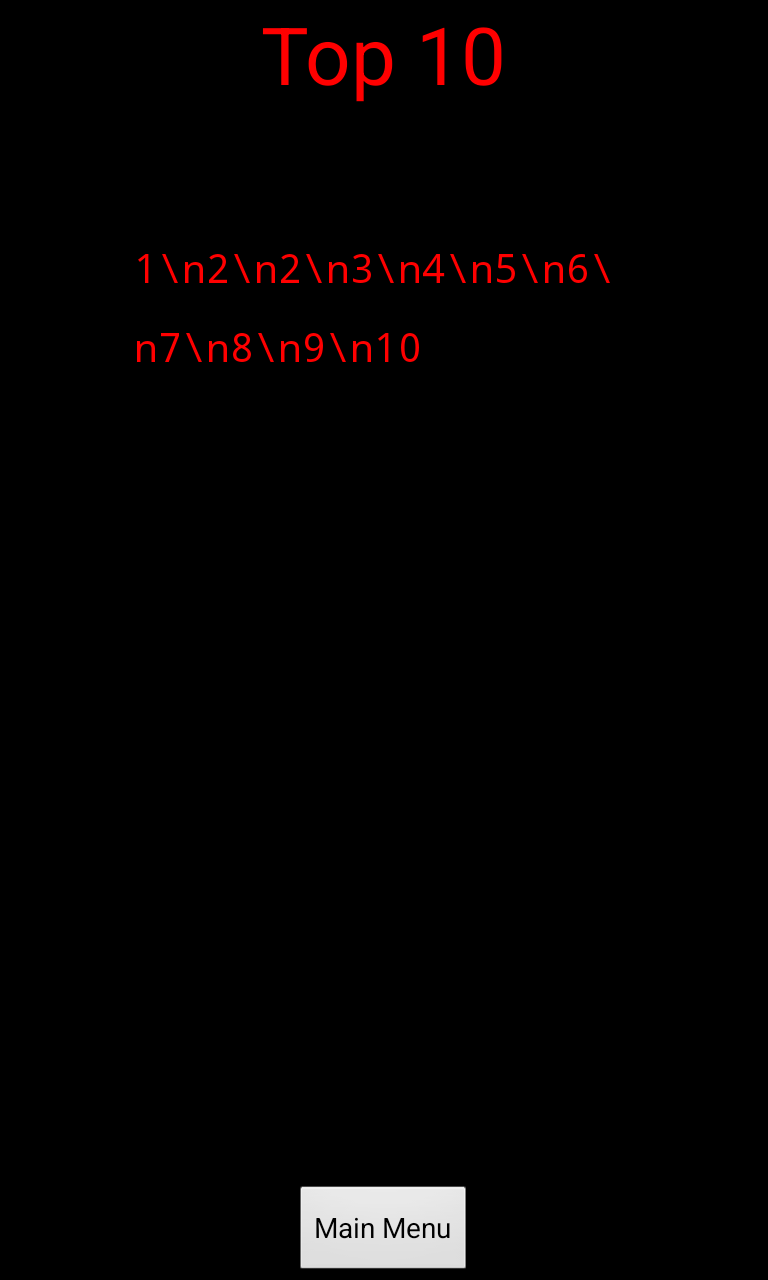
Repository: tofuninja/Rotate
Layout: Rotate/res/layout/high_score_screen.xml
An editor plug-in stored every save of this project. The layout is shown before and after the next save, followed by the edit.
It is drawn on a 768 x 1280 px phone screen (xhdpi) without system bars, with theme android:Theme.NoTitleBar.Fullscreen; the app's code is not run.

Above is the layout before, as saved 2014-05-07 11:30:14.

### Rotate/res/layout/high_score_screen.xml
<?xml version="1.0" encoding="utf-8"?>
<FrameLayout xmlns:android="http://schemas.android.com/apk/res/android"
    android:layout_width="match_parent"
    android:layout_height="match_parent"
    android:scrollbars="horizontal" >

    <RelativeLayout
        android:id="@+id/high_score_layout"
        android:layout_width="match_parent"
        android:layout_height="match_parent" >

        <TextView
            android:id="@+id/textView1"
            android:layout_width="wrap_content"
            android:layout_height="wrap_content"
            android:layout_alignParentTop="true"
            android:layout_centerHorizontal="true"
            android:text="Top 10"
            android:textAppearance="?android:attr/textAppearanceLarge"
            android:textColor="#ff0000"
            android:textSize="40sp" />

        <TextView
            android:id="@+id/text_top_10"
            android:layout_width="250dp"
            android:layout_height="400dp"
            android:layout_centerHorizontal="true"
            android:layout_centerVertical="true"
            android:lineSpacingExtra="16dp"
            android:scrollbars="horizontal"
            android:text="1\n2\n2\n3\n4\n5\n6\n7\n8\n9\n10"
            android:textAppearance="?android:attr/textAppearanceMedium"
            android:textColor="#ff0000"
            android:textSize="20sp"
            android:typeface="monospace" />

        <Button
            android:id="@+id/button_main_menu_from_score"
            android:layout_width="wrap_content"
            android:layout_height="wrap_content"
            android:layout_alignParentBottom="true"
            android:layout_centerHorizontal="true"
            android:text="Main Menu" />

    </RelativeLayout>

</FrameLayout>

After the next save:
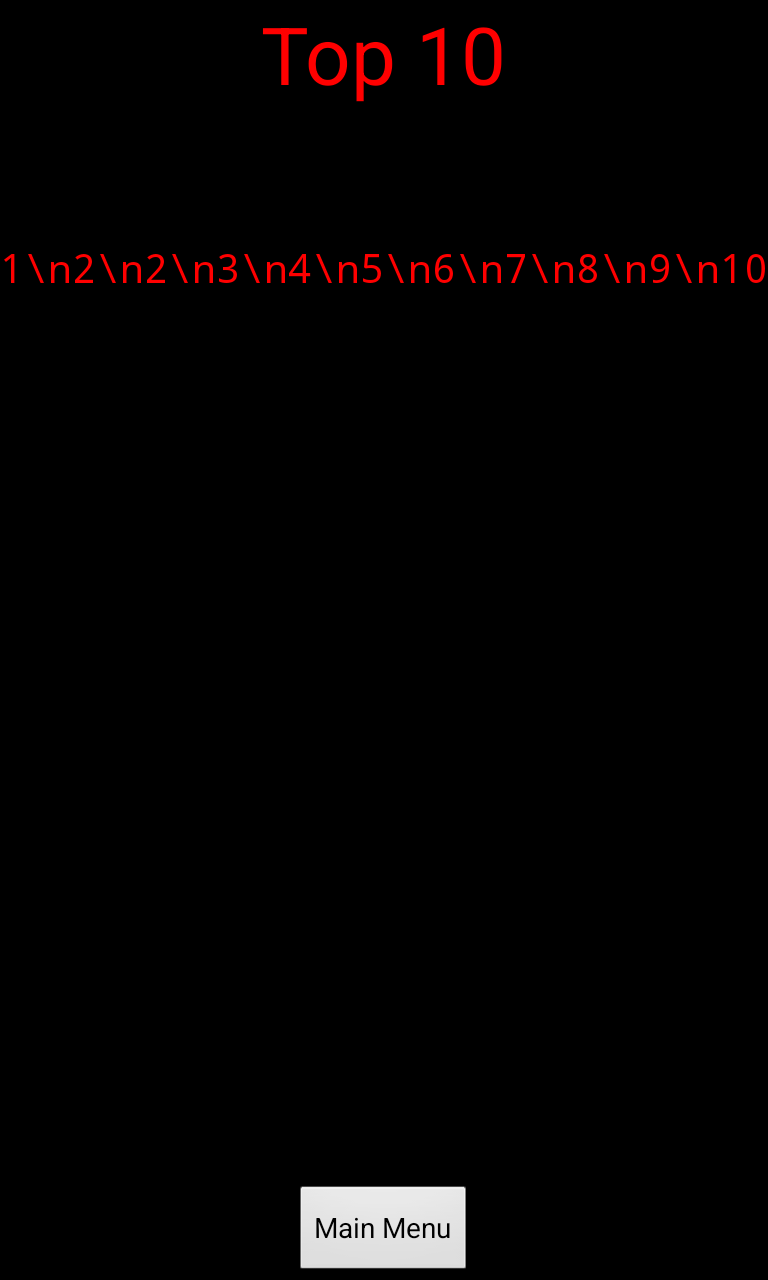
Saved 74 s later.
--- a/Rotate/res/layout/high_score_screen.xml
+++ b/Rotate/res/layout/high_score_screen.xml
@@ -24,7 +24,8 @@
             android:id="@+id/text_top_10"
             android:layout_width="250dp"
             android:layout_height="400dp"
-            android:layout_centerHorizontal="true"
+            android:layout_alignParentLeft="true"
+            android:layout_alignParentRight="true"
             android:layout_centerVertical="true"
             android:lineSpacingExtra="16dp"
             android:scrollbars="horizontal"
